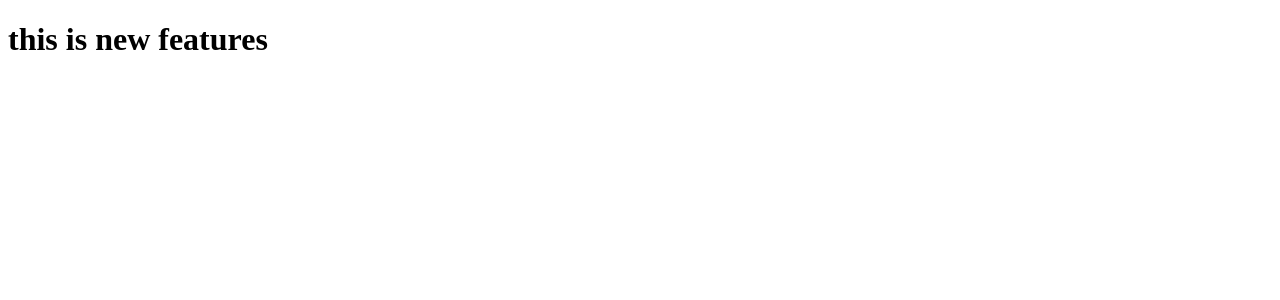
Repository: Ajeetkr159/All-about-git
Page: news.html
The author's editor kept a copy of each file at every save. The page is drawn from the files as they stood at one save, then again after the next save.
The browser window is 1280 px wide. The pictures show the whole page.

Above is the page before, as saved 2021-01-13 12:58:29.

After the next save:
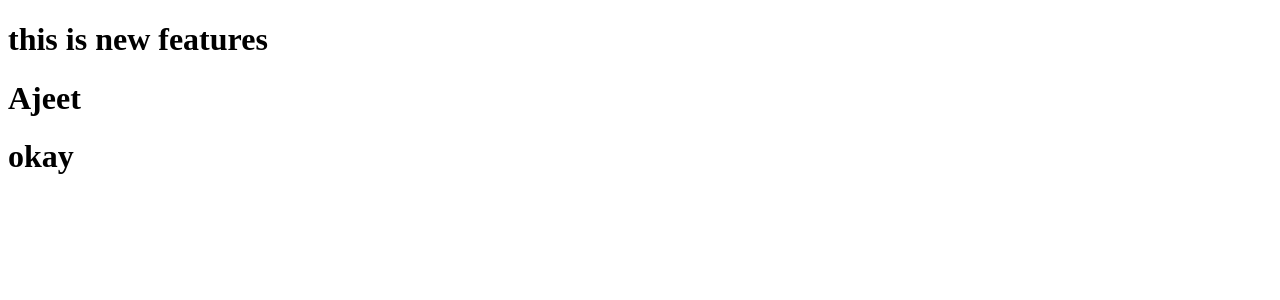
Saved 39 s later.
--- a/news.html
+++ b/news.html
@@ -7,6 +7,8 @@
 </head>
 <body>
     <h1>this is new features</h1>
+    <h1>Ajeet</h1>
+    <h1>okay</h1>
 
 </body>
 </html>
